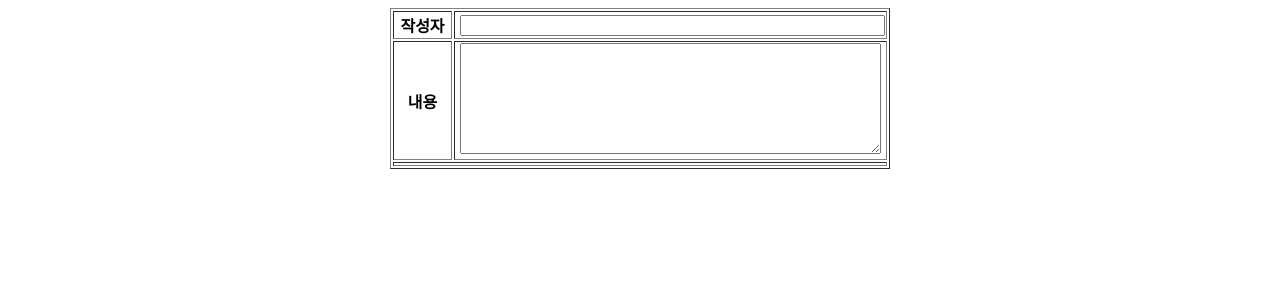
Repository: noopzzya/study_jsp_globalin
Page: ServletProject/src/main/webapp/bbs/write.html
These files come from the project's save history. The page is drawn as it stood at one moment and after the next save; the edit follows.
The browser window is 1280 px wide. The pictures show the whole page.

Above is the page before, as saved 2023-01-30 00:50:18.

After the next save:
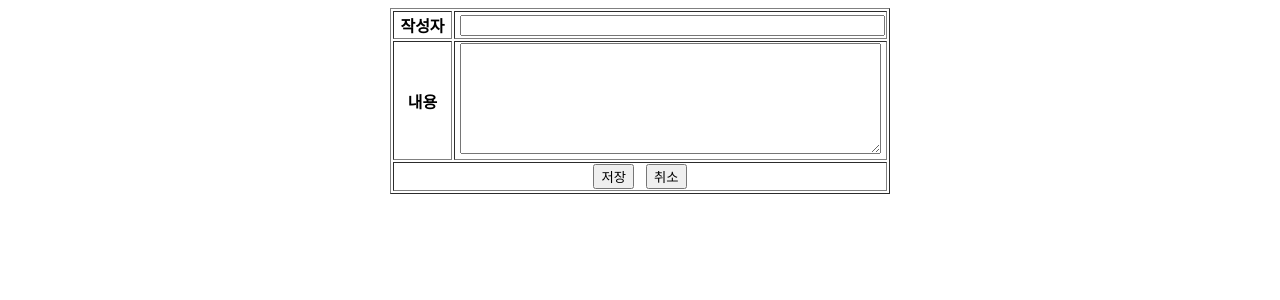
Saved 73 s later.
--- a/ServletProject/src/main/webapp/bbs/write.html
+++ b/ServletProject/src/main/webapp/bbs/write.html
@@ -27,7 +27,8 @@
 
 		<tr>
 			<td colspan="2" align="center">
-
+				<input type="submit" value="저장">&nbsp;&nbsp;
+				<input type="reset" value="취소">
 			</td>
 		</tr>
 	</table>
